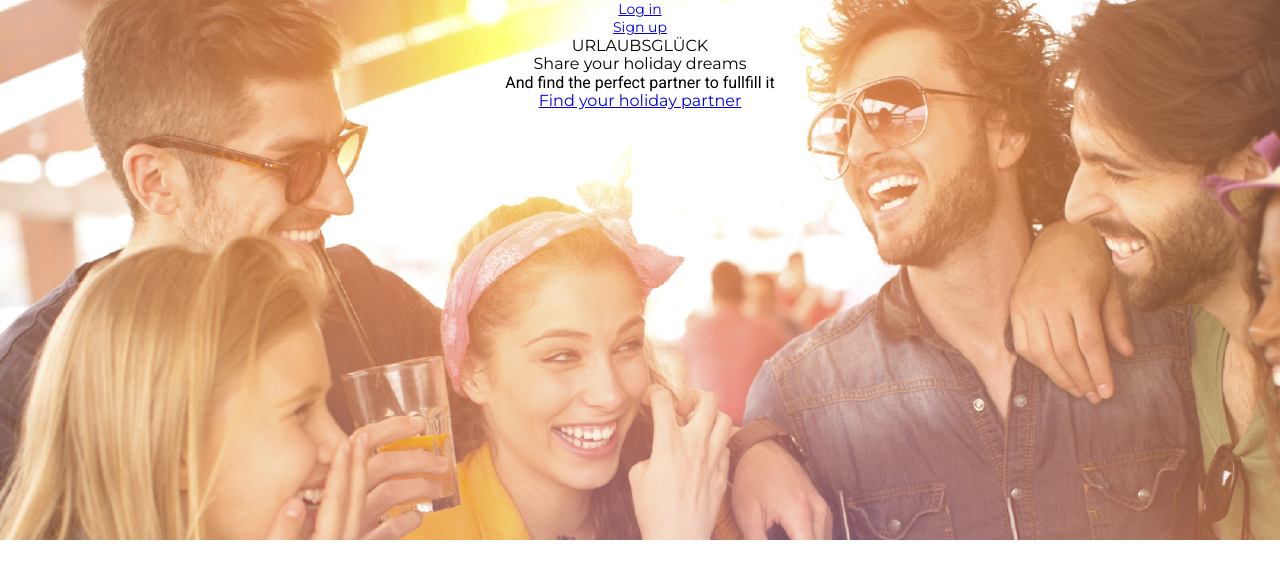
Repository: RobinKite/web_core_hws
Page: html-css/module-08/index.html
The author's editor kept a copy of each file at every save. The page is drawn from the files as they stood at one save, then again after the next save.
The browser window is 1280 px wide. The pictures show the whole page.

Above is the page before, as saved 2020-04-30 22:13:40.

### html-css/module-08/index.html
<!DOCTYPE html>
<html lang="en">

<head>
    <meta charset="UTF-8">
    <meta name="viewport" content="width=device-width, initial-scale=1.0">
    <meta http-equiv="X-UA-Compatible" content="ie=edge">
    <title>Module-08</title>
    <link href="https://fonts.googleapis.com/css2?family=Montserrat:wght@400;700&display=swap" rel="stylesheet">
    <link href="https://fonts.googleapis.com/css2?family=Roboto:wght@300;400&display=swap" rel="stylesheet">
    <link rel="stylesheet" href="css/normalize.css">
    <link rel="stylesheet" href="css/styles.css">


</head>

<body>
    <header>
        <ul>
            <li><a href="#">Log in</a></li>
            <li><a href="#">Sign up</a></li>
        </ul>

        <p>URLAUBSGLÜCK</p>
        <p>Share your holiday dreams</p>
        <p class="header-text">And find the perfect partner to fullfill it</p>
        <div>
            <a href="#">Find your holiday partner</a>
        </div>
    </header>
</body>

</html>

### html-css/module-08/css/styles.css
* {
    box-sizing: border-box;
    padding: 0;
    margin: 0;
    /* outline: 1px solid red; */
}

*,
*::before,
*::after {
    box-sizing: inherit;
}

img {
    display: block;
    max-width: 100%;
    object-fit: cover;
}

body {
    font-family: 'Montserrat', sans-serif;
}


/* HEADER */

header {
    height: 540px;
    text-align: center;
    background: url(../img/wallpaper.png);
}

header li>a {
    font-size: 14px;
}

.header-text {
    font-family: 'Roboto', sans-serif;
}


/* HIDDEN */

.visually-hidden:not(:focus):not(:active),
input[type="checkbox"].visually-hidden,
input[type="radio"].visually-hidden {
    position: absolute;
    width: 1px;
    height: 1px;
    margin: -1px;
    border: 0;
    padding: 0;
    white-space: nowrap;
    clip-path: inset(100%);
    clip: rect(0 0 0 0);
    overflow: hidden;
}

Loaded but not shown: html-css/module-08/css/normalize.css (library)

After the next save:
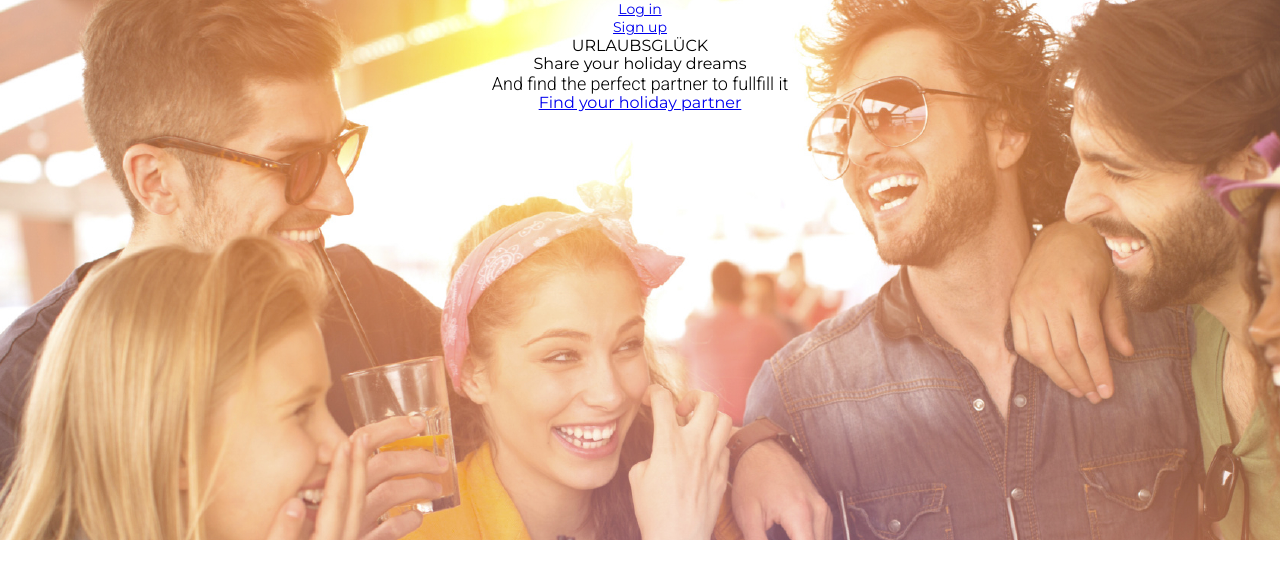
Saved 63 s later.
--- a/html-css/module-08/css/styles.css
+++ b/html-css/module-08/css/styles.css
@@ -36,6 +36,8 @@ header li>a {
 
 .header-text {
     font-family: 'Roboto', sans-serif;
+    font-size: 18px;
+    font-weight: 300;
 }
 
 
